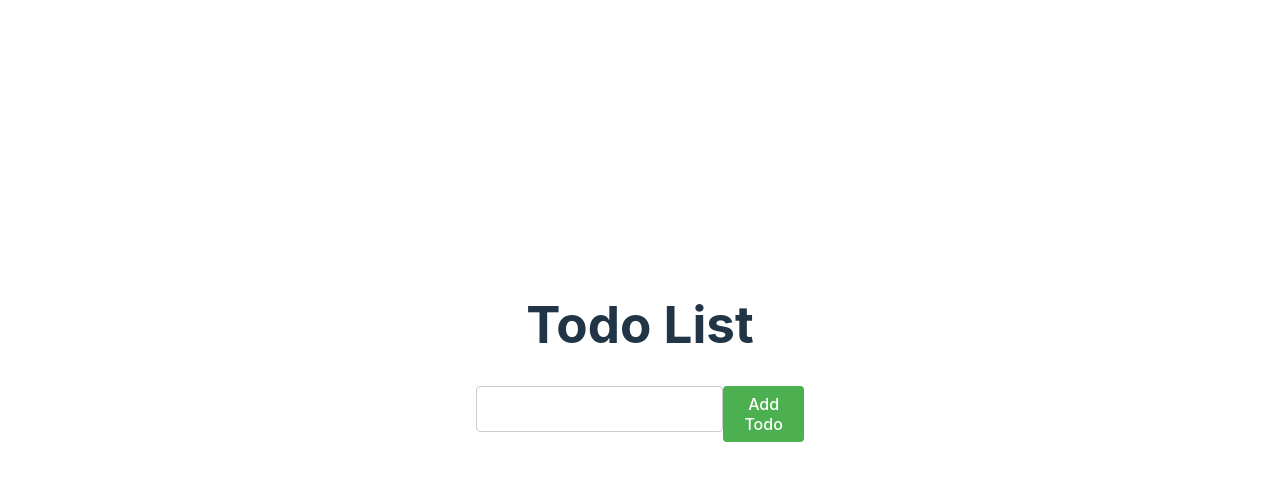
Repository: sinchana-p-iVoyant/mobx-todo
Page: /
An editor plug-in stored every save of this project. The page is shown before and after the next save, followed by the edit.
The browser window is 1280 px wide. The pictures show the whole page.
The project was rebuilt for these pictures with package versions that can differ from the ones it lists, and the page was loaded fresh each time. Also part of the build but not shown: vite.config.js.

Above is the page before, as saved 2024-03-07 02:21:05.

### src/App.jsx
// App.js
import './App.css';
import TodoList from './TodoList';

function App() {
  return (
    <div>
      <h1>Todo List</h1>
      <TodoList />
    </div>
  );
}

export default App;

### src/TodoList.jsx
import { useState } from 'react';
import { observer } from 'mobx-react-lite';
import todoStore from './TodoStore';
import './TodoList.css';

const TodoList = () => {
  const [newTodoText, setNewTodoText] = useState('');
  const [editingTodoId, setEditingTodoId] = useState(null);
  const [editedTodoText, setEditedTodoText] = useState('');

  const handleAddTodo = () => {
    if (newTodoText.trim() !== '') {
      todoStore.addTodo({
        id: Math.random(),
        text: newTodoText,
      });
      setNewTodoText('');
    }
  };

  const handleStartEditTodo = (id, text) => {
    setEditingTodoId(id);
    setEditedTodoText(text);
  };

  const handleCancelEditTodo = () => {
    setEditingTodoId(null);
    setEditedTodoText('');
  };

  const handleSaveEditedTodo = (id) => {
    todoStore.editTodo(id, editedTodoText);
    setEditingTodoId(null);
    setEditedTodoText('');
  };

  const handleDeleteTodo = (id) => {
    todoStore.deleteTodo(id);
  };

  return (
    <div className="todo-list-container">
      <div className='input-container'>
        <input
            className="todo-input"
            type="text"
            value={newTodoText}
            onChange={(e) => setNewTodoText(e.target.value)}
        />
        <button className="todo-button" onClick={handleAddTodo}>Add Todo</button>
      </div>
      <ul className="todo-list">
        {todoStore.todos.map((todo) => (
          <li key={todo.id} className="todo-item">
            {editingTodoId === todo.id ? (
              <>
                <input
                  className="todo-input"
                  type="text"
                  value={editedTodoText}
                  onChange={(e) => setEditedTodoText(e.target.value)}
                />
                <button className="todo-button edit-button" onClick={() => handleSaveEditedTodo(todo.id)}>Save</button>
                <button className="todo-button cancel-button" onClick={handleCancelEditTodo}>Cancel</button>
              </>
            ) : (
              <>
                <span>{todo.text}</span>
                <button className="todo-button edit-button" onClick={() => handleStartEditTodo(todo.id, todo.text)}>Edit</button>
              </>
            )}
            <button className="todo-button delete-button" onClick={() => handleDeleteTodo(todo.id)}>Delete</button>
          </li>
        ))}
      </ul>
    </div>
  );
};

export default observer(TodoList);

### src/TodoStore.js
// TodoStore.js
import { makeObservable, observable, action } from 'mobx';

class TodoStore {
  todos = [];

  constructor() {
    makeObservable(this, {
      todos: observable,
      addTodo: action,
      editTodo: action,
      deleteTodo: action,
    });
  }

  addTodo = (todo) => {
    this.todos.push(todo);
  };

  editTodo = (id, newText) => {
    const todoToEdit = this.todos.find(todo => todo.id === id);
    if (todoToEdit) {
      todoToEdit.text = newText;
    }
  };

  deleteTodo = (id) => {
    this.todos = this.todos.filter(todo => todo.id !== id);
  };
}

const todoStore = new TodoStore();
export default todoStore;

### src/TodoList.css
/* TodoList.css */

.todo-list-container {
    max-width: 400px;
    margin: 0 auto;
    bac
  }

  .input-container {
    display: flex;
    flex-direction: row;
  }

  .todo-input {
    width: 100%;
    margin-bottom: 10px;
    padding: 8px;
    font-size: 16px;
    border: 1px solid #ccc;
    border-radius: 4px;
  }

  .todo-button {
    padding: 8px 15px;
    font-size: 16px;
    border: none;
    border-radius: 4px;
    background-color: #4caf50;
    color: white;
    cursor: pointer;
  }

  .todo-list {
    list-style-type: none;
    padding: 0;
  }

  .todo-item {
    margin-bottom: 10px;
  }

  .todo-item input[type="text"] {
    width: 80%;
    padding: 8px;
    font-size: 16px;
    border: 1px solid #ccc;
    border-radius: 4px;
  }

  .todo-item button {
    margin-left: 5px;
    padding: 8px 15px;
    font-size: 16px;
    border: none;
    border-radius: 4px;
    cursor: pointer;
  }

  .edit-button {
    background-color: #2196F3;
  }

  .edit-button:hover {
    background-color: #0b7dda;
  }

  .delete-button {
    background-color: #f44336;
  }

  .delete-button:hover {
    background-color: #da190b;
  }

Loaded but not shown: index.html (common file); src/main.jsx (common file); src/index.css (common file); src/App.css (common file)

After the next save:
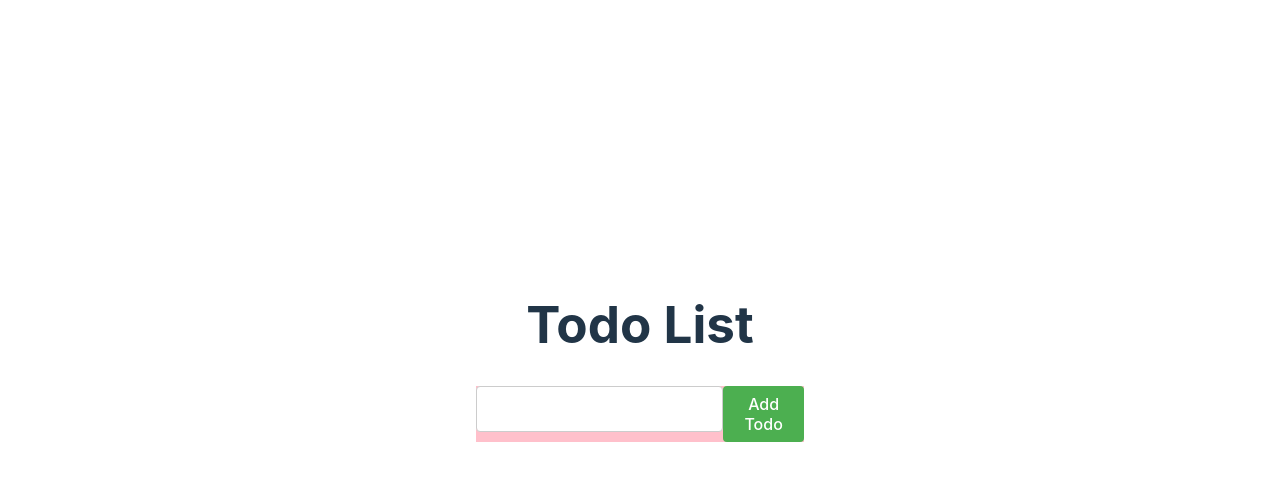
Saved 4 s later.
--- a/src/TodoList.css
+++ b/src/TodoList.css
@@ -3,7 +3,7 @@
 .todo-list-container {
     max-width: 400px;
     margin: 0 auto;
-    bac
+    background-color: pink;
   }
 
   .input-container {
